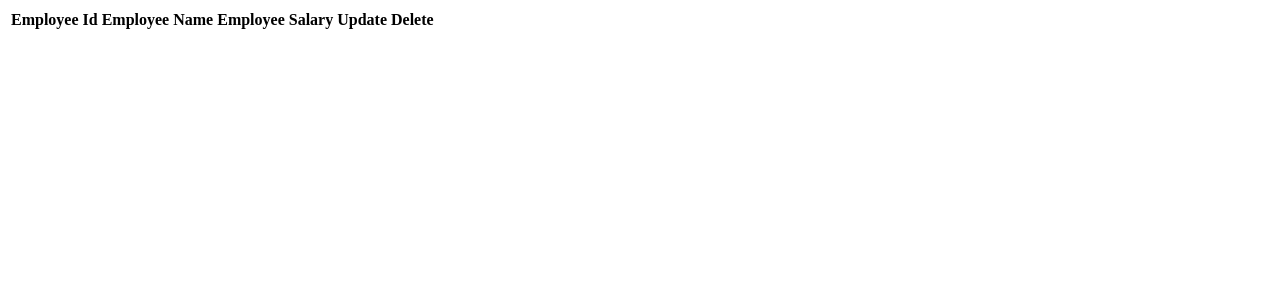
Repository: aamir5773/Spring
Page: http://localhost/SpringMvcEmployeeManagement-1WithJdbc/viewEmployee.do
An editor plug-in stored every save of this project. The page is shown before and after the next save, followed by the edit.
The browser window is 1280 px wide. The pictures show the whole page.
The page is served by Tomcat 9. Queries for data that is not in the repository find no rows.

Above is the page before, as saved 2019-11-14 10:37:38.

After the next save:
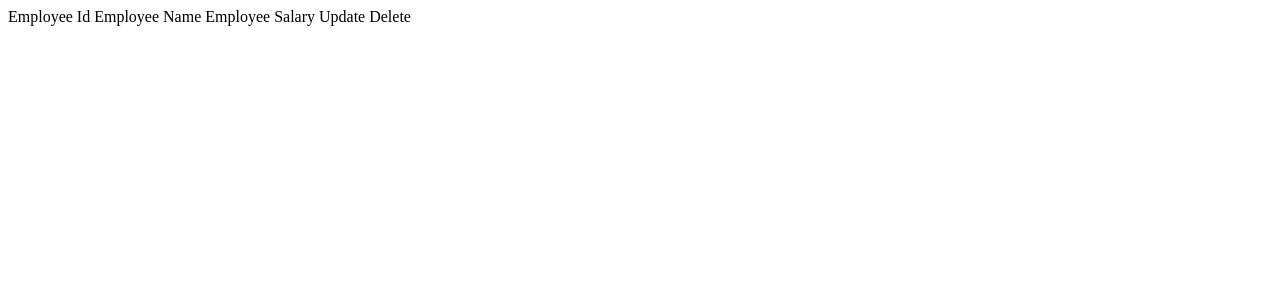
Saved 17 s later.
--- a/SpringMvcEmployeeManagement-1WithJdbc/WebContent/WEB-INF/pages/ViewEmployee.jsp
+++ b/SpringMvcEmployeeManagement-1WithJdbc/WebContent/WEB-INF/pages/ViewEmployee.jsp
@@ -8,7 +8,6 @@
 </head>
 <body>
 	<%-- <%= request.getAttribute("employeeList") %> --%>
-<table>
 	<tr>
 			<th>Employee Id</th>
 			<th>Employee Name</th>
@@ -16,6 +15,5 @@
 			<th>Update</th>
 			<th>Delete</th>
 
-		</table>
 </body>
 </html>

After the 2 saves that followed:
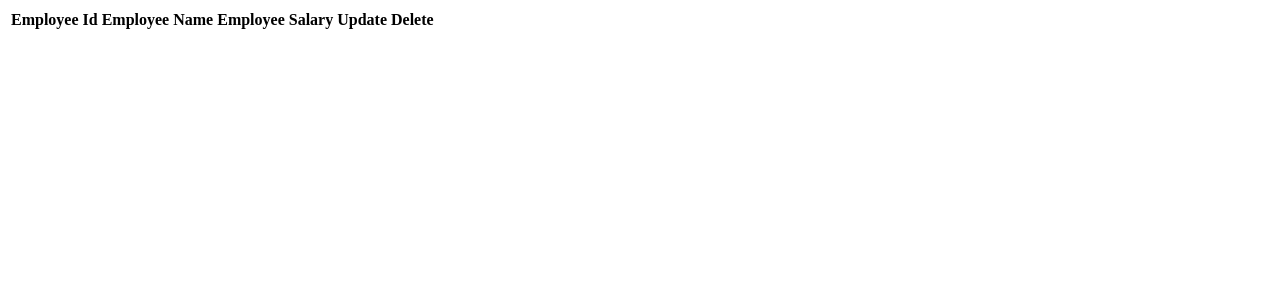
The 2 saves are shown as one change because 1 left the picture as it was.
The last was saved 26 s later.
--- a/SpringMvcEmployeeManagement-1WithJdbc/WebContent/WEB-INF/pages/ViewEmployee.jsp
+++ b/SpringMvcEmployeeManagement-1WithJdbc/WebContent/WEB-INF/pages/ViewEmployee.jsp
@@ -8,12 +8,16 @@
 </head>
 <body>
 	<%-- <%= request.getAttribute("employeeList") %> --%>
+<table>
 	<tr>
 			<th>Employee Id</th>
 			<th>Employee Name</th>
 			<th>Employee Salary</th>
 			<th>Update</th>
 			<th>Delete</th>
+	</tr>
+</table>
+
 
 </body>
 </html>
